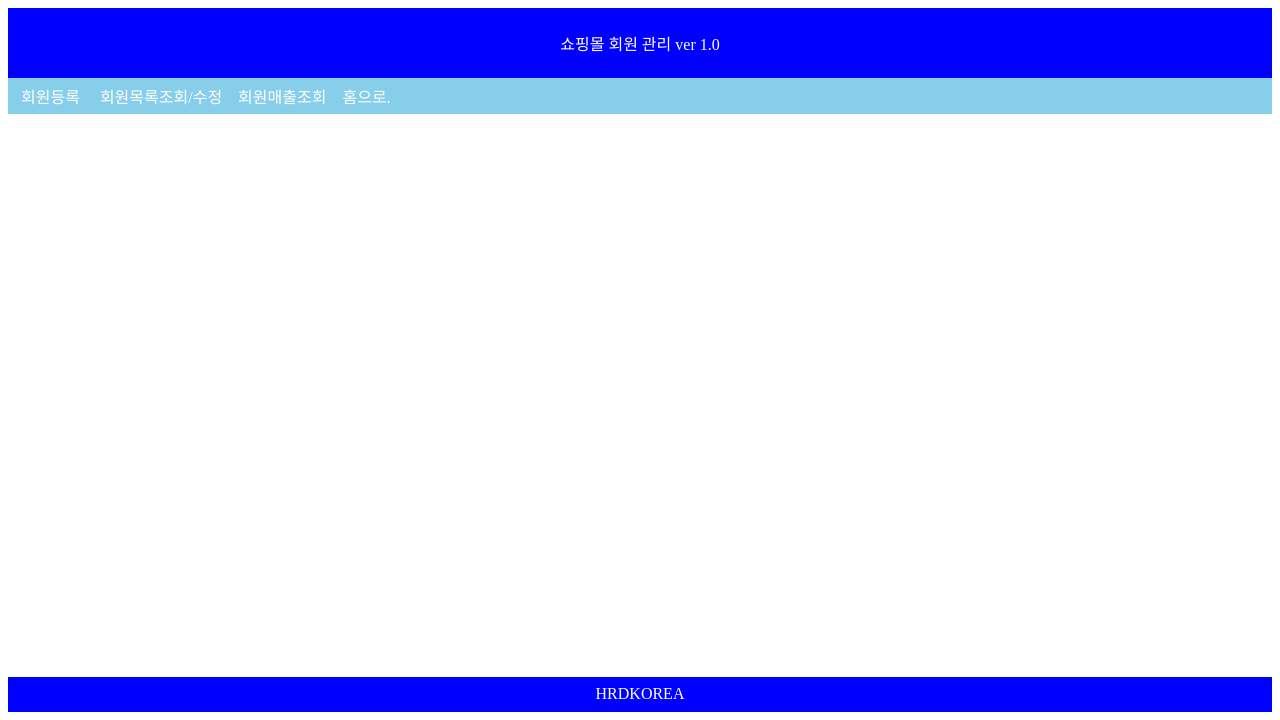
Repository: choigobin/Programming
Page: http://localhost/HRD1118/
The author's editor kept a copy of each file at every save. The page is drawn from the files as they stood at one save, then again after the next save.
The browser window is 1280 px wide. The pictures show the whole page.
The page is served by Tomcat 9. Other server files are loaded and not shown.

Above is the page before, as saved 2019-11-18 04:07:13.

### YangJung/workspace/HRD1118/WebContent/index.jsp
<%@ page language="java" contentType="text/html; charset=UTF-8"
    pageEncoding="UTF-8"%>
<html>
<head>
<style>
table {
	height: 100%; width:100%;
	border-collapse: collapse;
	border: solid 0px;
	}
tr,td{
	border: solid 0px;
	}
a{
	color: white;
	text-decoration: none;
}
</style>
<meta charset="UTF-8">
<title>Insert title here</title>
</head>
<body>
<table>
<jsp:include page="header.jsp"/>
<jsp:include page="nav.jsp"/>
<tr>
<td>

</td>
</tr>
<jsp:include page="footer.jsp"/>
</table>
</body>
</html>

### YangJung/workspace/HRD1118/WebContent/header.jsp
<%@ page language="java" contentType="text/html; charset=UTF-8"
    pageEncoding="UTF-8"%>
<tr id="t1" height="10%">
<td id="t1" bgcolor="blue" align="center">
<span style="color: white; font-size:'20px';">쇼핑몰 회원 관리 ver 1.0</span>
</td>
</tr>

### YangJung/workspace/HRD1118/WebContent/nav.jsp
<%@ page language="java" contentType="text/html; charset=UTF-8"
    pageEncoding="UTF-8"%>
<tr id="t1" height="5%">
<td id="t1" bgcolor="skyblue" align="left">
<span style="color: white;">&nbsp&nbsp
	<a href="insert.jsp">회원등록</a> &nbsp&nbsp&nbsp
	<a href="SQL_select.jsp">회원목록조회/수정</a>&nbsp&nbsp&nbsp
	<a href="#">회원매출조회</a>&nbsp&nbsp&nbsp
	<a href="index.jsp">홈으로.</a>&nbsp&nbsp&nbsp
</span>
</td>
</tr>

### YangJung/workspace/HRD1118/WebContent/footer.jsp
<%@ page language="java" contentType="text/html; charset=UTF-8"
    pageEncoding="UTF-8"%>
<tr id="t1" height="5%">
<td id="t1" bgcolor="blue" align="center">
<span style="color: white;">HRDKOREA</span>
</td>
</tr>

After the next save:
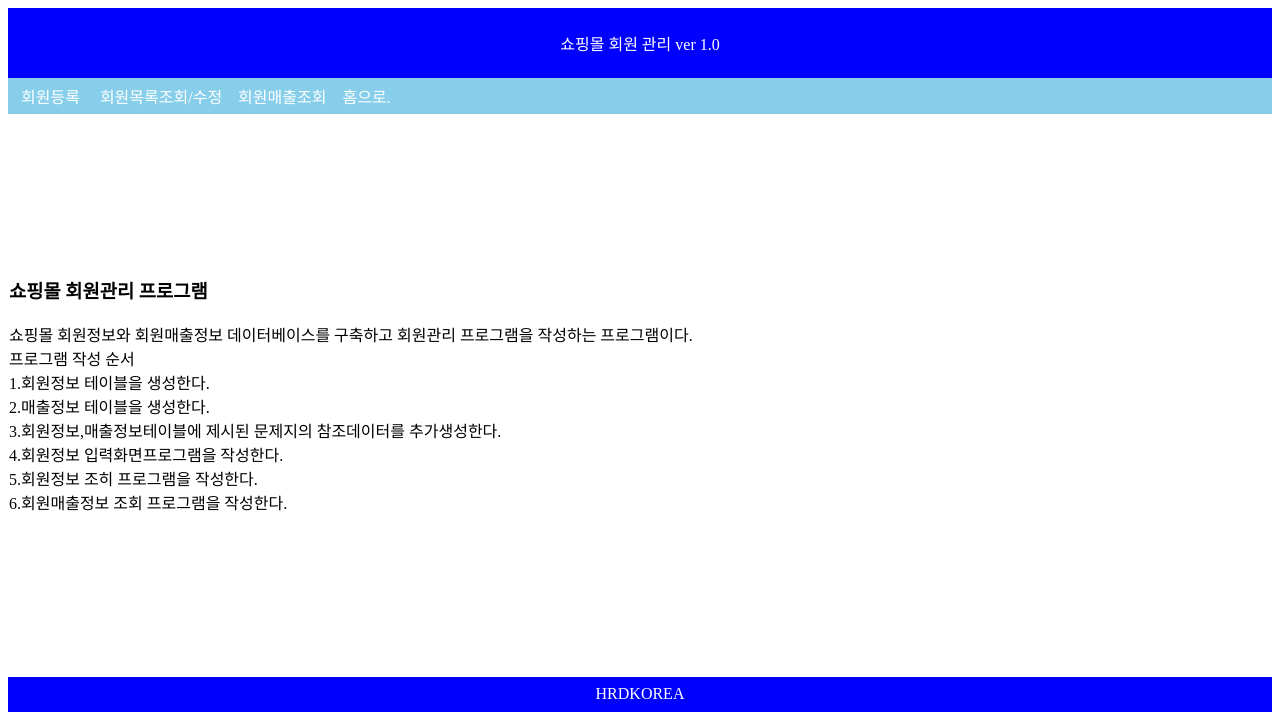
Saved 2 min 29 s later.
--- a/YangJung/workspace/HRD1118/WebContent/index.jsp
+++ b/YangJung/workspace/HRD1118/WebContent/index.jsp
@@ -25,7 +25,15 @@ a{
 <jsp:include page="nav.jsp"/>
 <tr>
 <td>
-
+<h3>쇼핑몰 회원관리 프로그램</h3>
+쇼핑몰 회원정보와 회원매출정보 데이터베이스를 구축하고 회원관리 프로그램을 작성하는 프로그램이다.<br/>
+프로그램 작성 순서<br/>
+1.회원정보 테이블을 생성한다.<br/>
+2.매출정보 테이블을 생성한다.<br/>
+3.회원정보,매출정보테이블에 제시된 문제지의 참조데이터를 추가생성한다.<br/>
+4.회원정보 입력화면프로그램을 작성한다.<br/>
+5.회원정보 조히 프로그램을 작성한다.<br/>
+6.회원매출정보 조회 프로그램을 작성한다.
 </td>
 </tr>
 <jsp:include page="footer.jsp"/>
